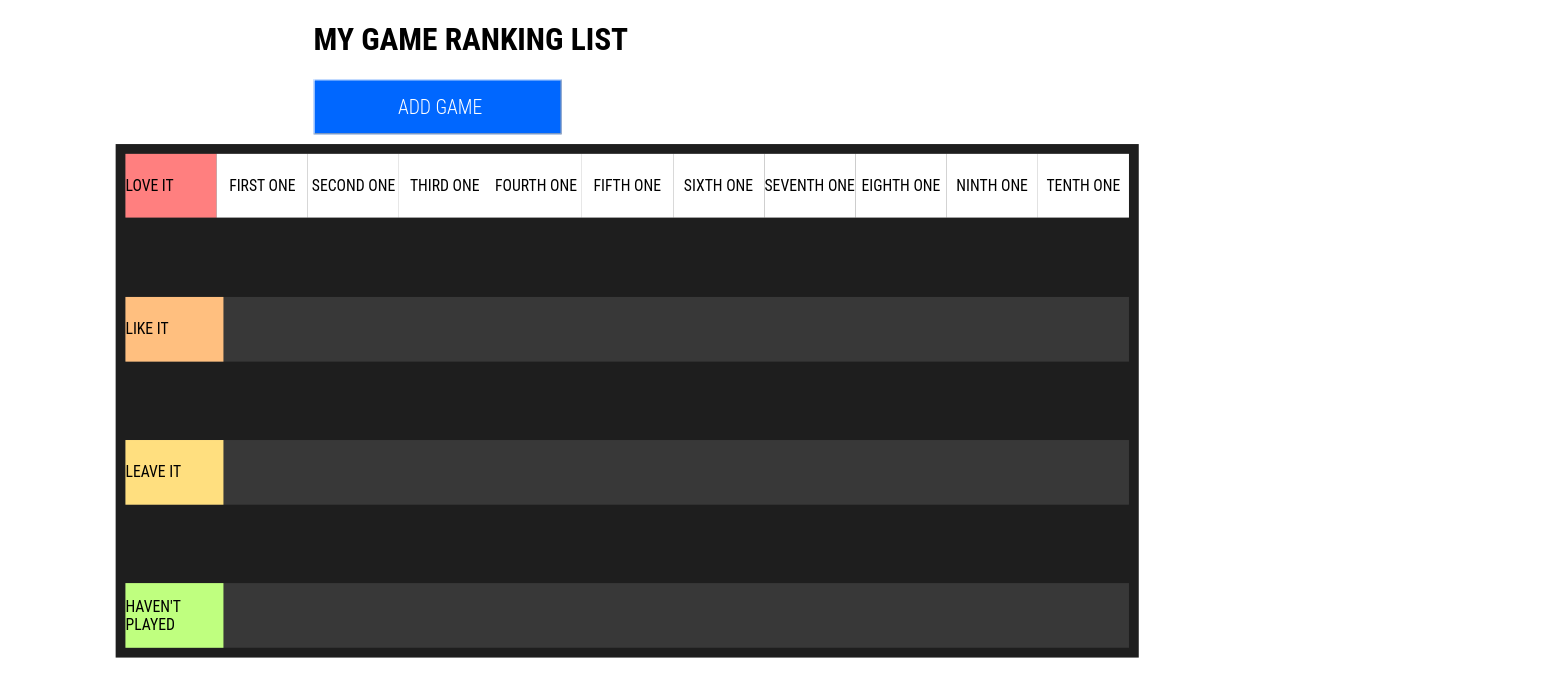
Repository: akiachenise/akiachenise.github.io
Page: JackboxGames_TierList_vanilla/index.html
These files come from the project's save history. The page is drawn as it stood at one moment and after the next save; the edit follows.
The browser window is 1280 px wide. The page is 1600 px wide, so the pictures cover 1600 px, including what lies to the right of the window. The pictures show the whole page, at 98% of full size.

Above is the page before, as saved 2022-11-26 18:06:52.

After the next save:
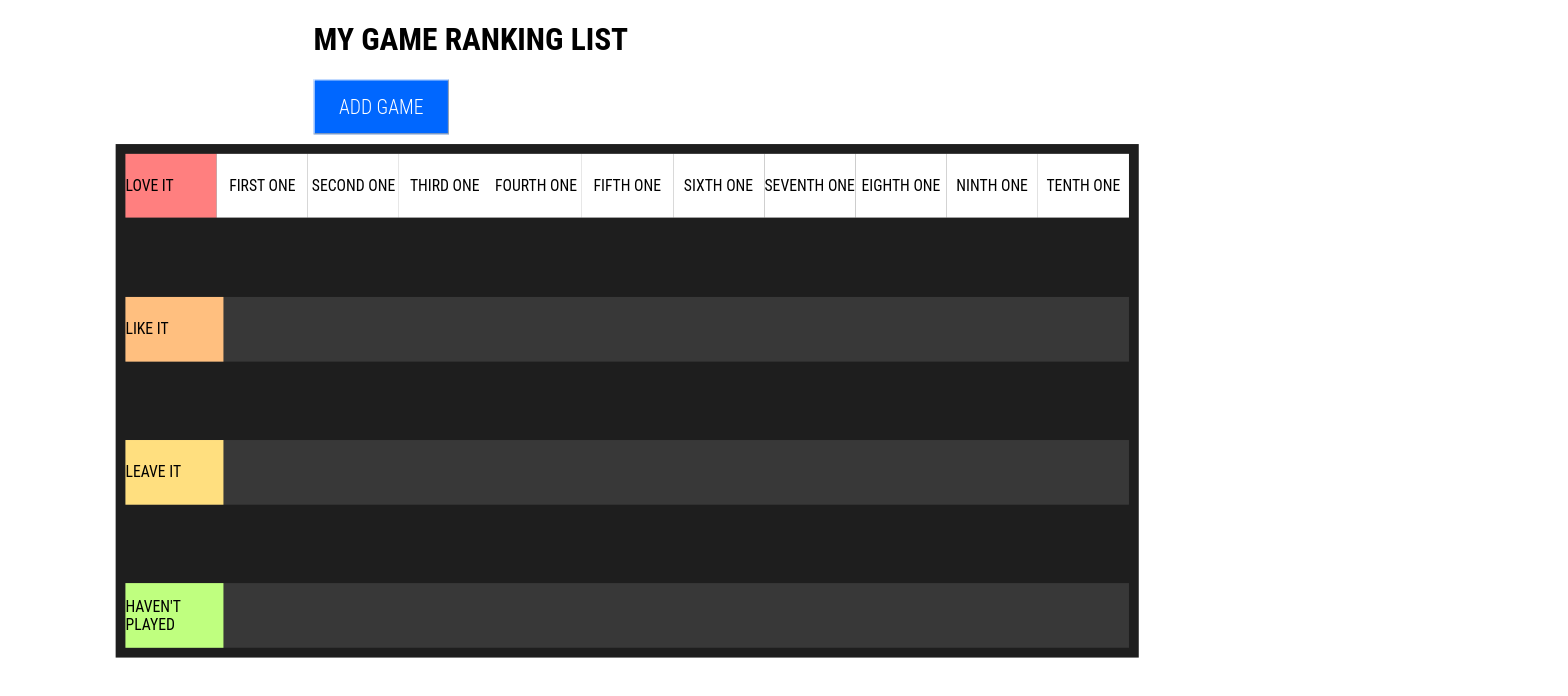
Saved 5 min 46 s later.
--- a/JackboxGames_TierList_vanilla/css/stylesheet.css
+++ b/JackboxGames_TierList_vanilla/css/stylesheet.css
@@ -31,7 +31,7 @@ button {
     border-color: white;
     color: white;
     background: rgba(0,103,255,1);
-    padding: 15px 80px 15px 85px;
+    padding: 15px 25px 15px 25px;;
 
 
 
